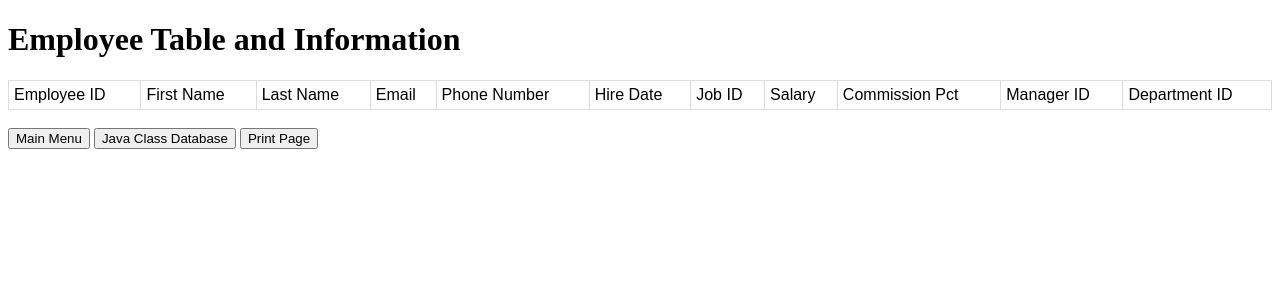
Repository: cohen-e/Demo_Project
Page: http://localhost/Demo_Project/Database.jsp
The author's editor kept a copy of each file at every save. The page is drawn from the files as they stood at one save, then again after the next save.
The browser window is 1280 px wide. The pictures show the whole page.
The page is served by Tomcat 9. The session is filled in as if someone had signed in: {"user": "testuser", "id": 1}. Queries for data that is not in the repository find no rows.

Above is the page before, as saved 2018-06-29 20:55:54.

After the next save:
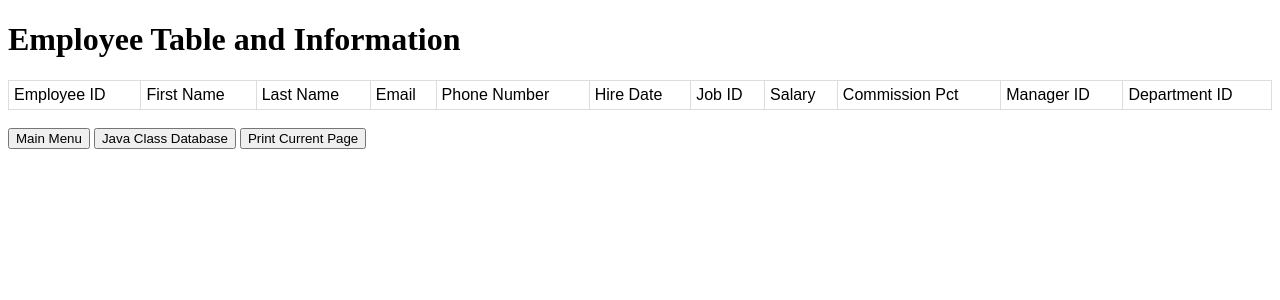
Saved 7 min 29 s later.
--- a/Demo_Project/WebContent/Database.jsp
+++ b/Demo_Project/WebContent/Database.jsp
@@ -70,6 +70,6 @@ $('#myTable').paginate({
 <br/>
 <button type="button" onclick="location.href= '/Demo_Project/myJsp.jsp';">Main Menu</button>
 <button type="button" onclick="location.href='/Demo_Project/TestDatabase';">Java Class Database</button>
-<button type="button" onclick="window.print();">Print Page</button>
+<button type="button" onclick="window.print();">Print Current Page</button>
 </body>
 </html>
